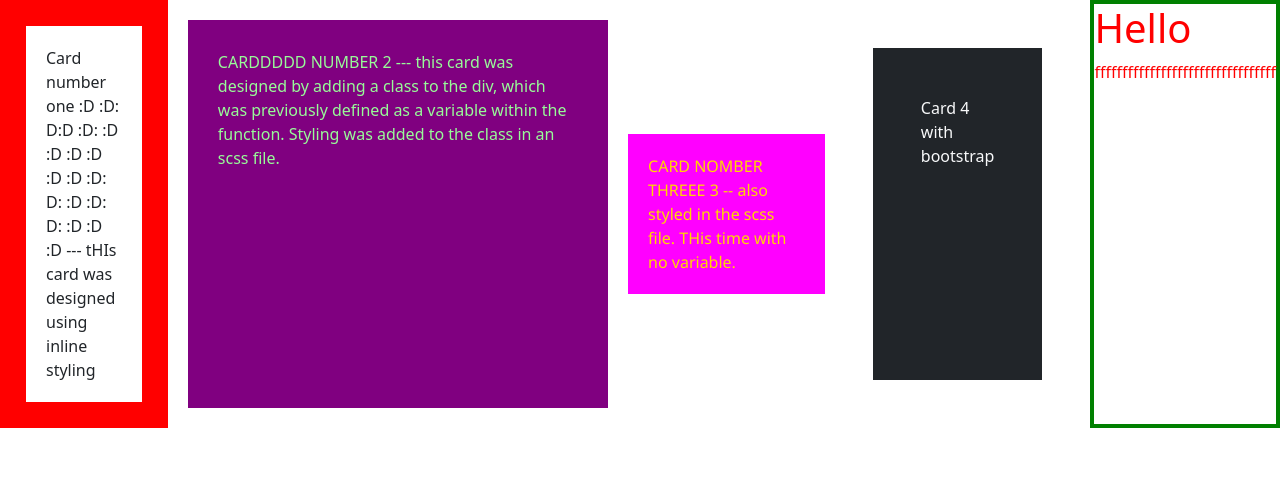
Repository: FbW-E01/spa-react-stylish-cards-gronger
Page: / (app in react-stuff/)
The author's editor kept a copy of each file at every save. The page is drawn from the files as they stood at one save, then again after the next save.
The browser window is 1280 px wide. The pictures show the whole page.
The project was rebuilt for these pictures with package versions that can differ from the ones it lists, and the page was loaded fresh each time.

Above is the page before, as saved 2021-07-14 14:11:07.

After the next save:
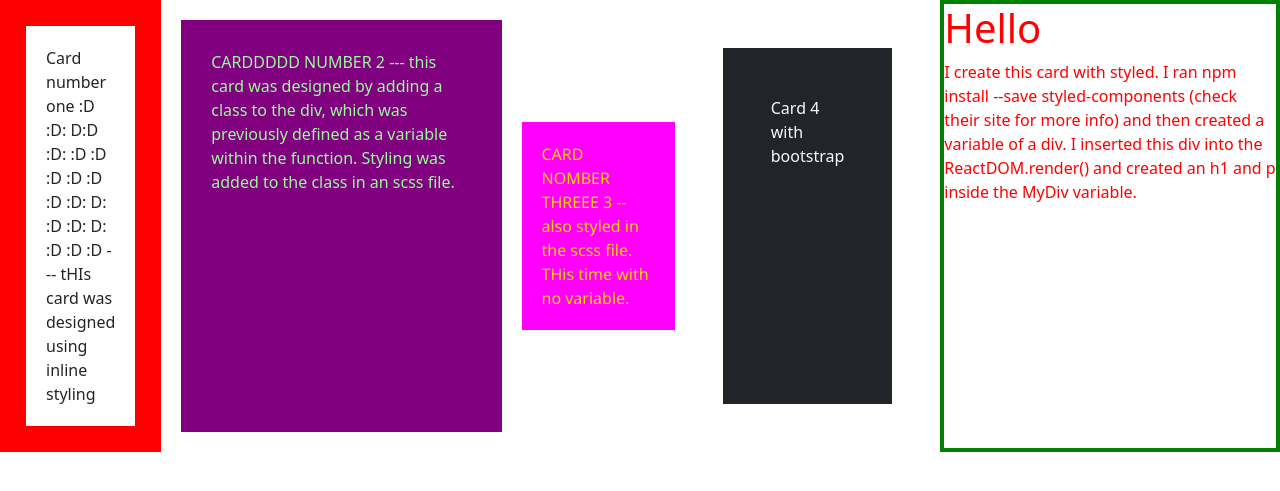
Saved 117 s later.
--- a/react-stuff/src/index.js
+++ b/react-stuff/src/index.js
@@ -50,7 +50,7 @@ ReactDOM.render(
     <CardThreeScssClass />
     <CardFourBootstrap />
     <MyDiv><h1>Hello</h1>
-    <p>fffffffffffffffffffffffffffffffff</p></MyDiv>
+    <p>I create this card with styled. I ran npm install --save styled-components (check their site for more info) and then created a variable of a div. I inserted this div into the ReactDOM.render() and created an h1 and p inside the MyDiv variable. </p></MyDiv>
   </div>
 
   , document.getElementById('root')
